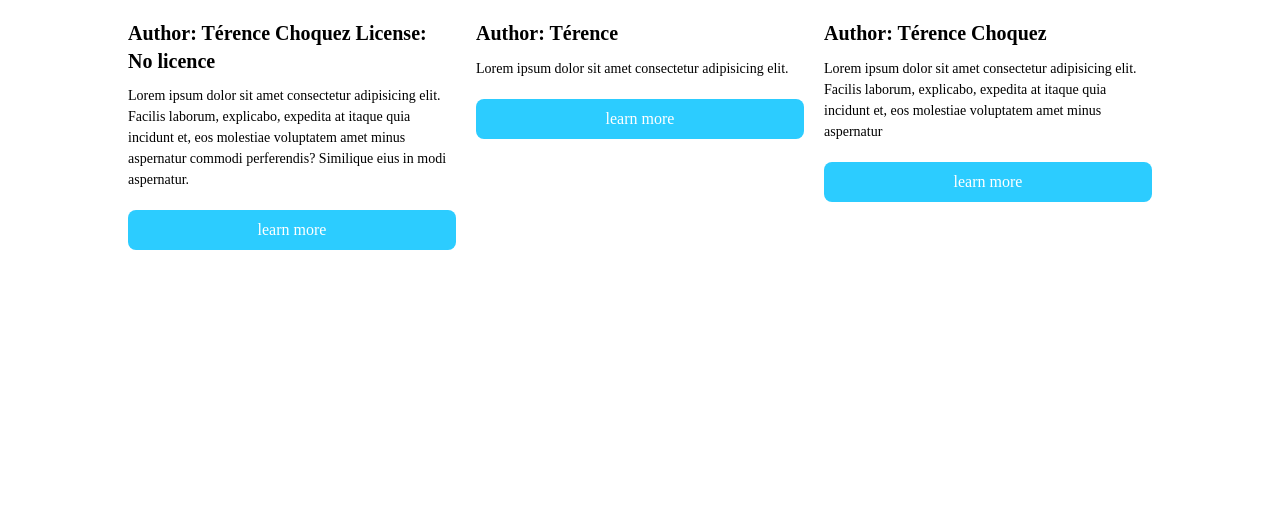
Repository: dinhhaidh/subgrid
Page: index.html
The author's editor kept a copy of each file at every save. The page is drawn from the files as they stood at one save, then again after the next save.
The browser window is 1280 px wide. The pictures show the part of the page from y = 220 to 740 px (the page is 740 px tall).

Above is the page before, as saved 2024-01-08 15:28:53.

### index.html
<!DOCTYPE html>
<html lang="en">
<head>
    <meta charset="UTF-8">
    <meta name="viewport" content="width=device-width, initial-scale=1.0">
    <title>Document</title>
    <link rel="stylesheet" href="style.css">
</head>
<body>
    <div class="card-list">
        <div class="card">
            <div class="card-image">
                <img src="https://images.unsplash.com/photo-1506946526854-9aad1ec915cb?q=80&w=1887&auto=format&fit=crop&ixlib=rb-4.0.3&ixid=M3wxMjA3fDB8MHxwaG90by1wYWdlfHx8fGVufDB8fHx8fA%3D%3D" alt="">
            </div>
            <h3 class="card-title">Author: Térence Choquez License: No licence</h3>
            <p class="card-desc">Lorem ipsum dolor sit amet consectetur adipisicing elit. Facilis laborum, explicabo, expedita at itaque quia incidunt et, eos molestiae voluptatem amet minus aspernatur commodi perferendis? Similique eius in modi aspernatur.
            </p>
            <a href="#" class="card-more">learn more</a>
        </div>
        <div class="card">
            <div class="card-image">
                <img src="https://images.unsplash.com/photo-1506946526854-9aad1ec915cb?q=80&w=1887&auto=format&fit=crop&ixlib=rb-4.0.3&ixid=M3wxMjA3fDB8MHxwaG90by1wYWdlfHx8fGVufDB8fHx8fA%3D%3D" alt="">
            </div>
            <h3 class="card-title">Author: Térence </h3>
            <p class="card-desc">Lorem ipsum dolor sit amet consectetur adipisicing elit.</p>
            <a href="#" class="card-more">learn more</a>
        </div>
        <div class="card">
            <div class="card-image">
                <img src="https://images.unsplash.com/photo-1506946526854-9aad1ec915cb?q=80&w=1887&auto=format&fit=crop&ixlib=rb-4.0.3&ixid=M3wxMjA3fDB8MHxwaG90by1wYWdlfHx8fGVufDB8fHx8fA%3D%3D" alt="">
            </div>
            <h3 class="card-title">Author: Térence Choquez</h3>
            <p class="card-desc">Lorem ipsum dolor sit amet consectetur adipisicing elit. Facilis laborum, explicabo, expedita at itaque quia incidunt et, eos molestiae voluptatem amet minus aspernatur
            </p>
            <a href="#" class="card-more">learn more</a>
        </div>
    </div>
</body>
</html>

### style.css
*,
*:before,
*:after {
  box-sizing: border-box;
}
* {
  margin: 0;
  padding: 0;
  font: inherit;
}
img,
picture,
svg,
video {
  display: block;
  max-width: 100%;
}
input,
select,
textarea {
  background-color: transparent;
  outline: none;
}
button {
  cursor: pointer;
  background-color: transparent;
  outline: none;
  border: 0;
}
body {
  min-height: 100vh;
  font-weight: 400;
  font-size: 16px;
  line-height: 1;
}
.card-list{
    display: grid;
    grid-template-columns: repeat(3, minmax(0, 1fr));
    gap: 20px;
    max-width: 1024px;
    margin: 20px auto;
}
.card-image{
    height: 200px;
    margin-bottom: 20px;
}
.card-image img {
    width: 100%;
    height: 100%;
    object-fit: cover;
}
.card-title{
    font-size: 20px;
    font-weight: 600;
    margin-bottom: 10px;
    margin-top: 10px;
    line-height: 1.375;
}
.card-desc{
    font-size: 14px;
    line-height: 1.5;
    margin-bottom: 20px;
}
.card-more{
    display: block;
    text-decoration: none;
    color: white;
    background-color: #2cccff;
    padding: 12px;
    border-radius: 8px;
    text-align: center;
}

After the next save:
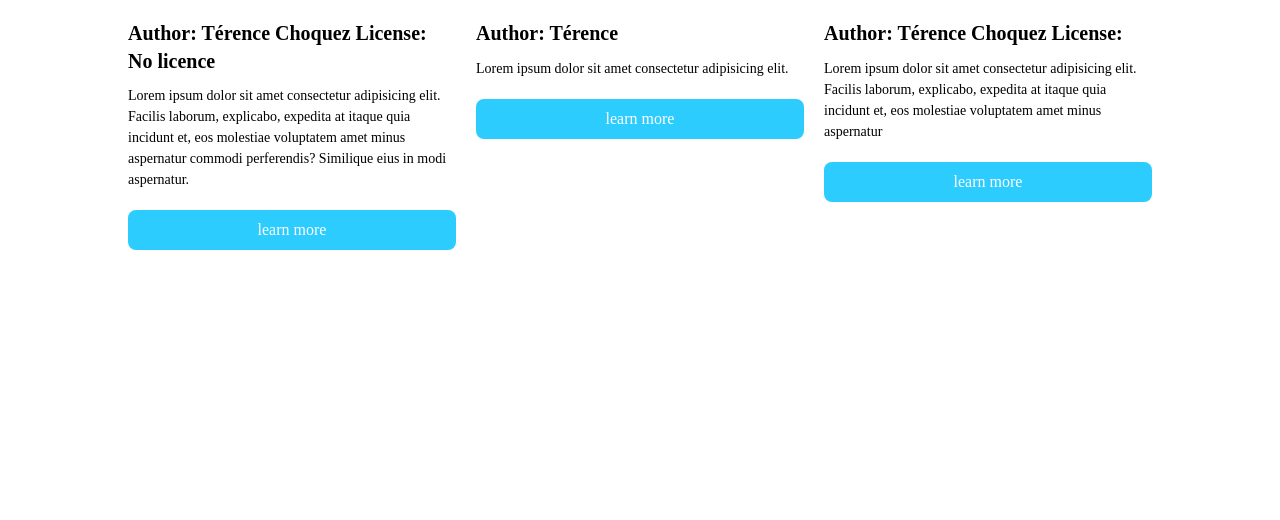
Saved 17 s later.
--- a/index.html
+++ b/index.html
@@ -29,7 +29,7 @@
             <div class="card-image">
                 <img src="https://images.unsplash.com/photo-1506946526854-9aad1ec915cb?q=80&w=1887&auto=format&fit=crop&ixlib=rb-4.0.3&ixid=M3wxMjA3fDB8MHxwaG90by1wYWdlfHx8fGVufDB8fHx8fA%3D%3D" alt="">
             </div>
-            <h3 class="card-title">Author: Térence Choquez</h3>
+            <h3 class="card-title">Author: Térence Choquez License:</h3>
             <p class="card-desc">Lorem ipsum dolor sit amet consectetur adipisicing elit. Facilis laborum, explicabo, expedita at itaque quia incidunt et, eos molestiae voluptatem amet minus aspernatur
             </p>
             <a href="#" class="card-more">learn more</a>
